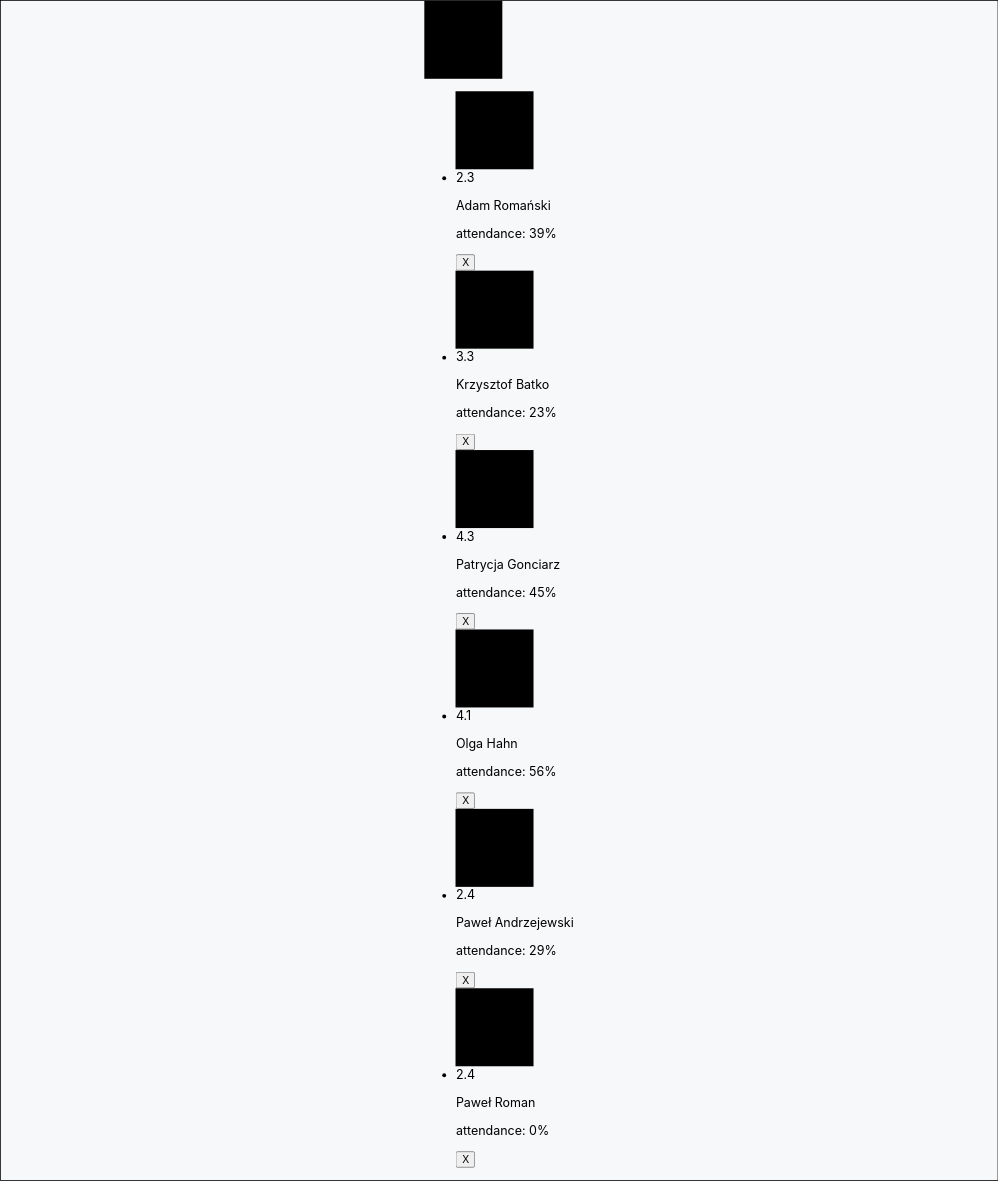
Repository: Dani9090/template-react
Page: /
An editor plug-in stored every save of this project. The page is shown before and after a run of saves, followed by the edit.
The browser window is 1280 px wide. The pictures show the whole page, at 78% of full size.
The project was rebuilt for these pictures with package versions that can differ from the ones it lists, and the page was loaded fresh each time. Also part of the build but not shown: src/components/UserListItem/UserListItem.module.scss.

Above is the page before, as saved 2021-03-05 12:47:42.

### src/index.js
import React from 'react';
import ReactDOM from 'react-dom';
import 'index.css';
import Root from 'views/Root';

ReactDOM.render(
  <React.StrictMode>
    <Root />
  </React.StrictMode>,
  document.getElementById('root')
);

### src/views/Root.js
import React from 'react';
import UserList from 'components/UsersList/UsersList';
import styled from 'styled-components';

const Wrapper = styled.div`
  background-color: #f7f8fa;
  display: flex;
  justify-content: center;
  align-items: center;
  width: ${()=> `$`}
  height: 100vh;
  border: 1px solid black;
`;

const Root = () => (
  <Wrapper>
    <UserList />
  </Wrapper>
);

export default Root;

### src/components/UsersList/UsersList.js
import React from 'react';
import { users } from 'data/users';
import UserListItem from 'components/UserListItem/UserListItem';
import GlobalStyle from 'assets/GlobalStyle.module.scss';

const UserList = () => (
  <div>
    <div className={GlobalStyle.box} />
    <ul>
      {users.map((UserData) => (
        <UserListItem UserData={UserData} />
      ))}
    </ul>
  </div>
);

export default UserList;

### src/data/users.js
export const users = [
  {
    name: 'Adam Romański',
    attendance: '39%',
    average: '2.3',
  },
  {
    name: 'Krzysztof Batko',
    attendance: '23%',
    average: '3.3',
  },
  {
    name: 'Patrycja Gonciarz',
    attendance: '45%',
    average: '4.3',
  },
  {
    name: 'Olga Hahn',
    attendance: '56%',
    average: '4.1',
  },
  {
    name: 'Paweł Andrzejewski',
    attendance: '29%',
    average: '2.4',
  },
  {
    name: 'Paweł Roman',
    average: '2.4',
  },
];

### src/components/UserListItem/UserListItem.js
import React from 'react';
import PropTypes from 'prop-types';
import styles from './UserListItem.module.scss';
import globalStyles from 'assets/GlobalStyle.module.scss';

const UserListItem = ({ UserData: { average, name, attendance = '0%' } }) => (
  <li className={styles.user}>
    <div className={globalStyles.box} />
    <div>{average}</div>
    <div>
      <p>{name}</p>
      <p>attendance: {attendance}</p>
    </div>
    <button>X</button>
  </li>
);

UserListItem.propTypes = {
  userData: PropTypes.shape({
    average: PropTypes.string,
    name: PropTypes.string.isRequired,
    attendance: PropTypes.string,
  }),
};

export default UserListItem;

### src/assets/GlobalStyle.module.scss
.box{
  width: 100px;
  height: 100px;
  background-color: black;
}

Loaded but not shown: public/index.html (common file); src/index.css (common file)

After the next 6 saves:
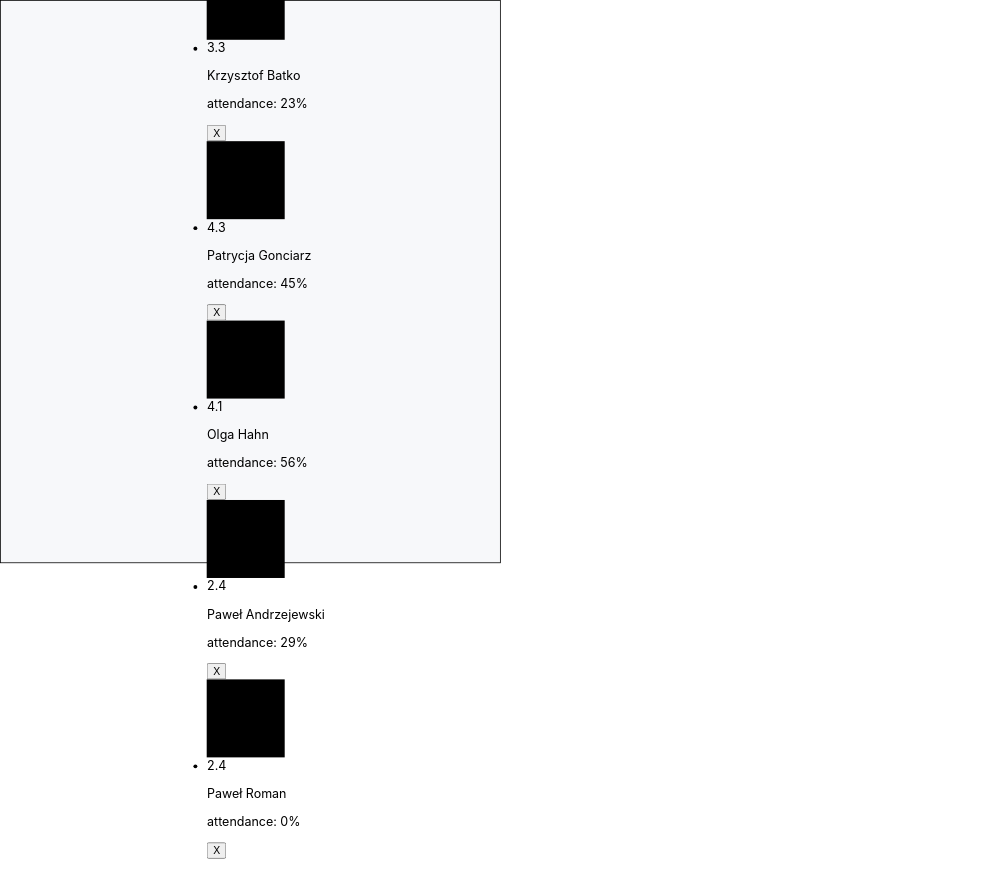
The 6 saves are shown as one change because they came seconds apart.
The last was saved 14 s later.
--- a/src/views/Root.js
+++ b/src/views/Root.js
@@ -7,7 +7,7 @@ const Wrapper = styled.div`
   display: flex;
   justify-content: center;
   align-items: center;
-  width: ${()=> `$`}
+  width: ${() => `${window.innerWidth / 2}px`};
   height: 100vh;
   border: 1px solid black;
 `;
